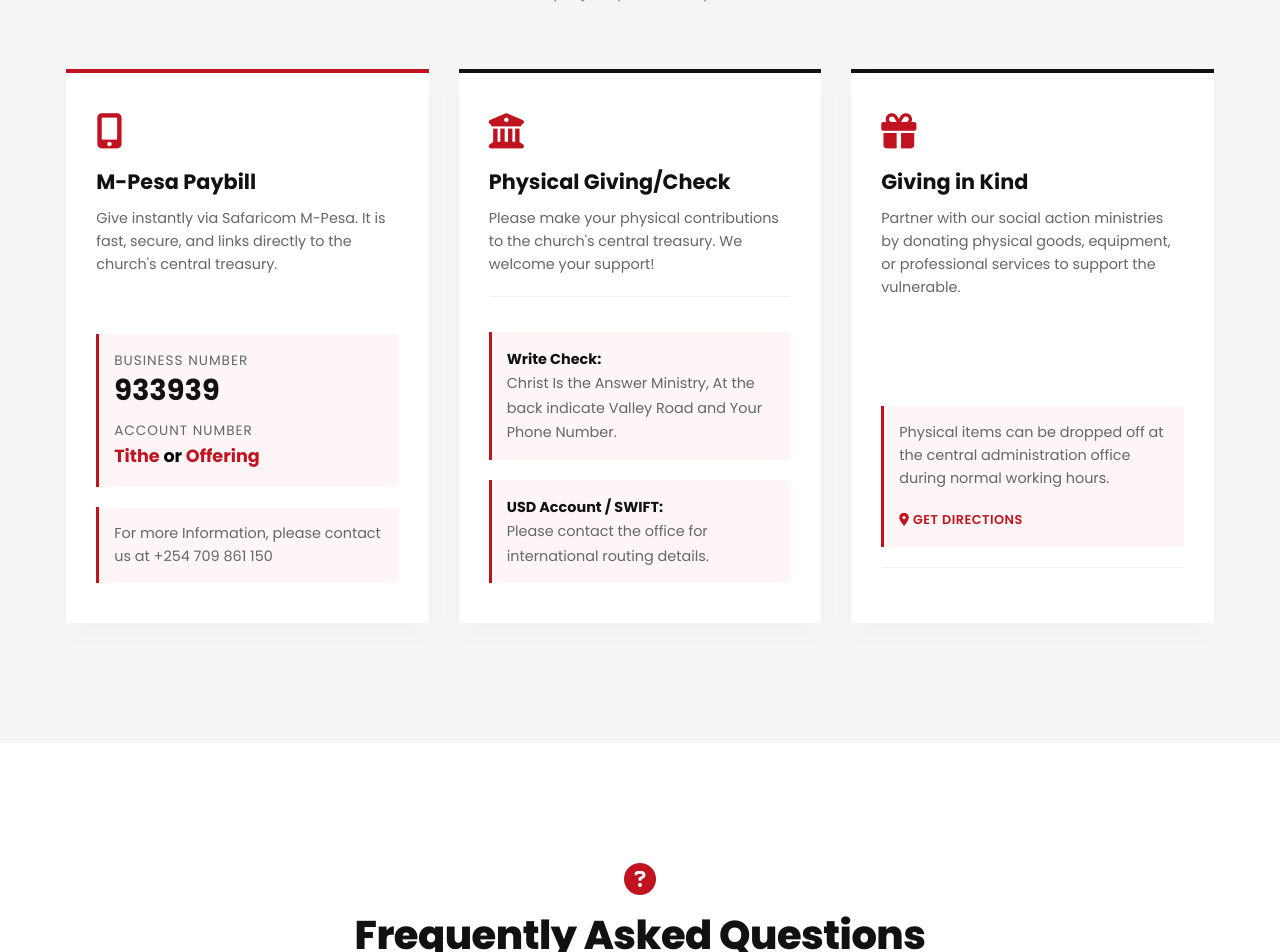
Repository: jereworks/CITAMVRD-Website
Page: give.html
The author's editor kept a copy of each file at every save. The page is drawn from the files as they stood at one save, then again after the next save.
The browser window is 1280 px wide. The pictures show the part of the page from y = 752 to 1704 px (the page is 2565 px tall).

Above is the page before, as saved 2026-06-12 07:51:30.

After the next save:
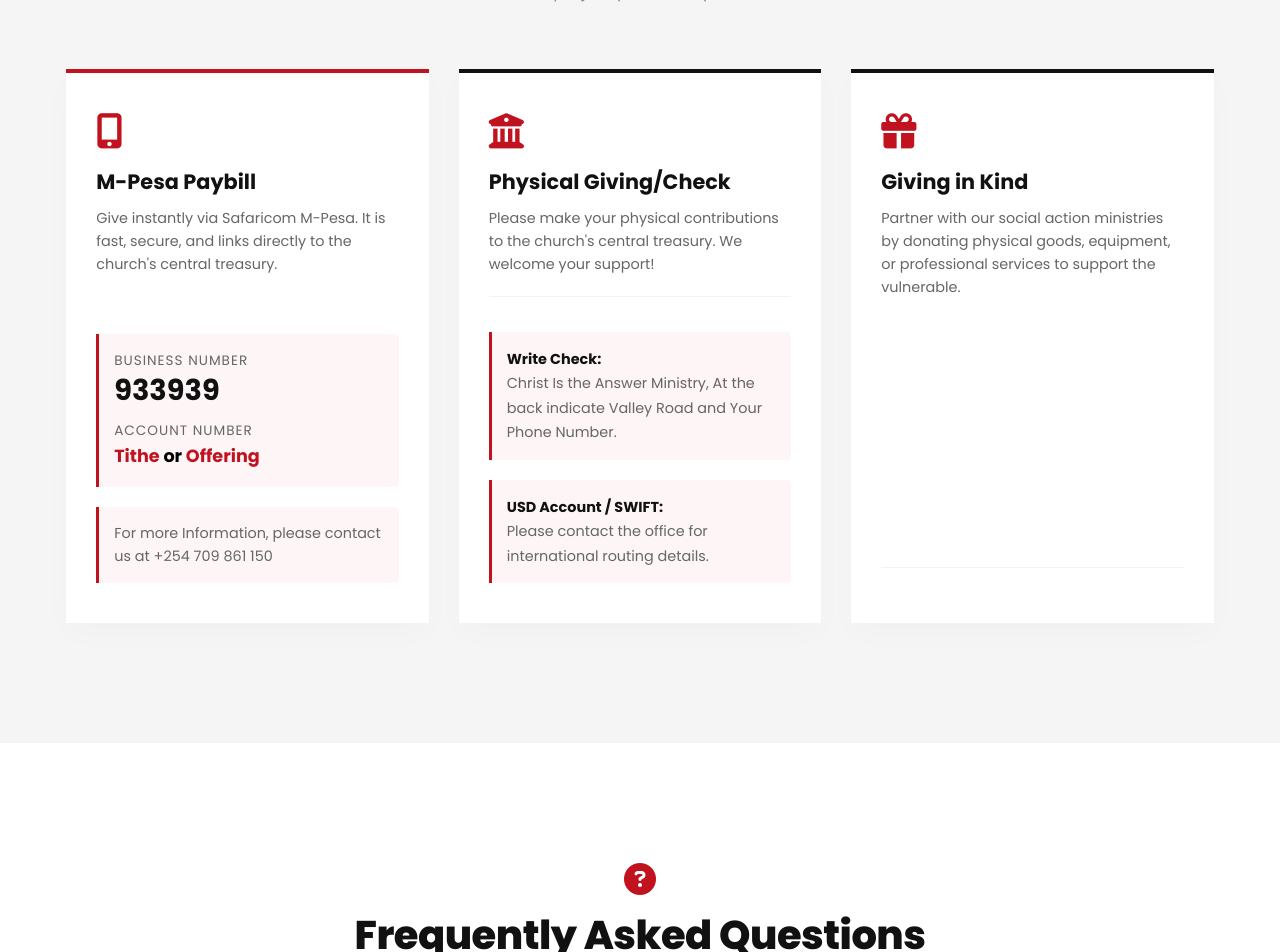
Saved 5 s later.
--- a/give.html
+++ b/give.html
@@ -136,10 +136,7 @@
                     <h3>Giving in Kind</h3>
                     <p style="flex-grow: 1;">Partner with our social action ministries by donating physical goods, equipment, or professional services to support the vulnerable.</p>
 
-                    <div style="background: rgba(193, 18, 31, 0.04); border-left: 3px solid var(--primary); padding: 15px; margin-top: 20px; border-radius: 0 4px 4px 0;">
-                        <p style="font-size: 0.9rem; margin-bottom: 15px;">Physical items can be dropped off at the central administration office during normal working hours.</p>
-                        <a href="contact.html" class="action-link" style="color: var(--primary);"><i class="fas fa-map-marker-alt"></i> Get Directions</a>
-                    </div>
+
 
                     <div style="border-top: 1px solid rgba(0,0,0,0.05); padding-top: 15px; margin-top: 20px;">
 
